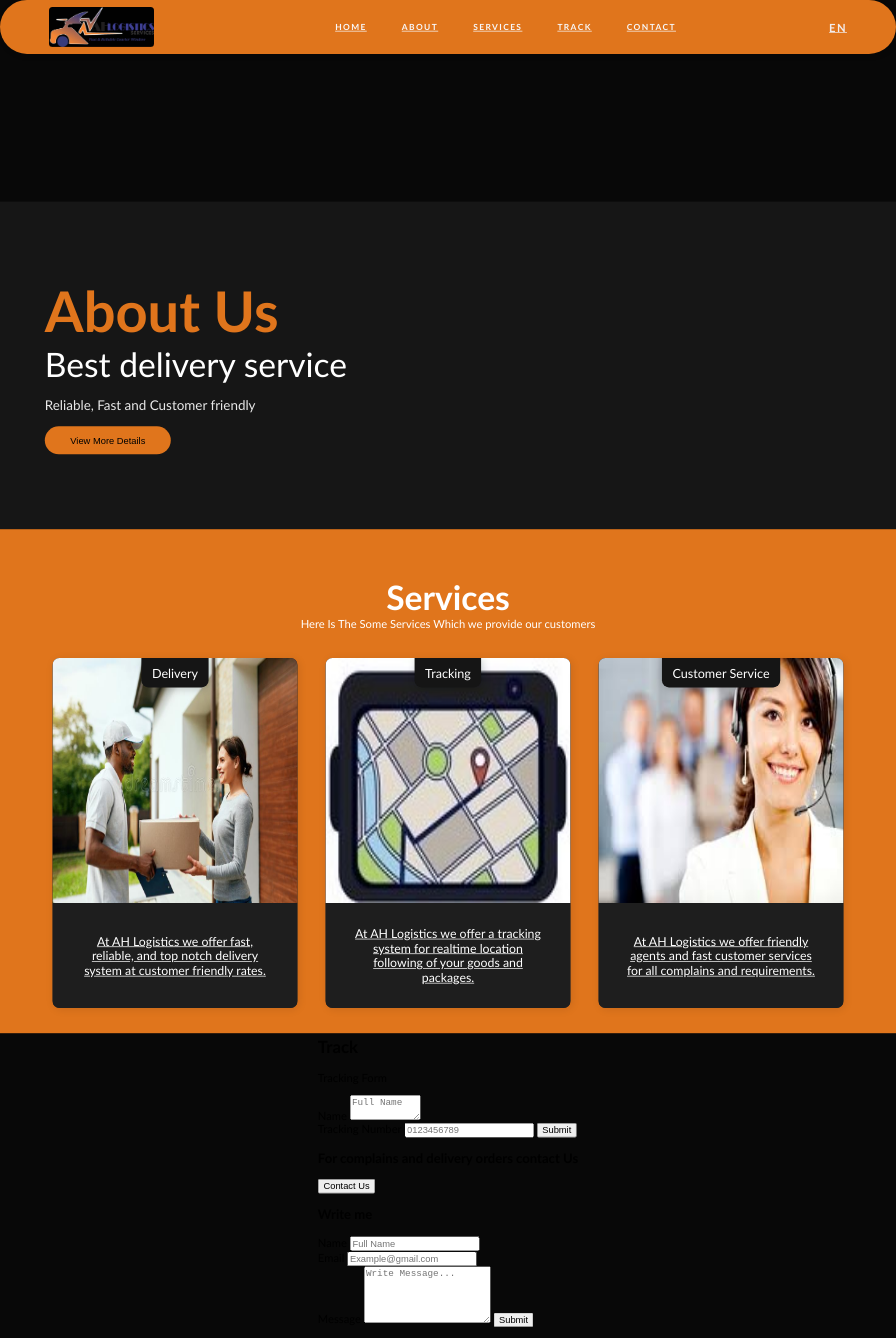
Repository: TheSecretlifeOfX/Ah-Logistics
Page: index.html
An editor plug-in stored every save of this project. The page is shown before and after the next save, followed by the edit.
The browser window is 1280 px wide. The pictures show the whole page, at 70% of full size.

Above is the page before, as saved 2022-03-02 14:42:05.

After the next save:
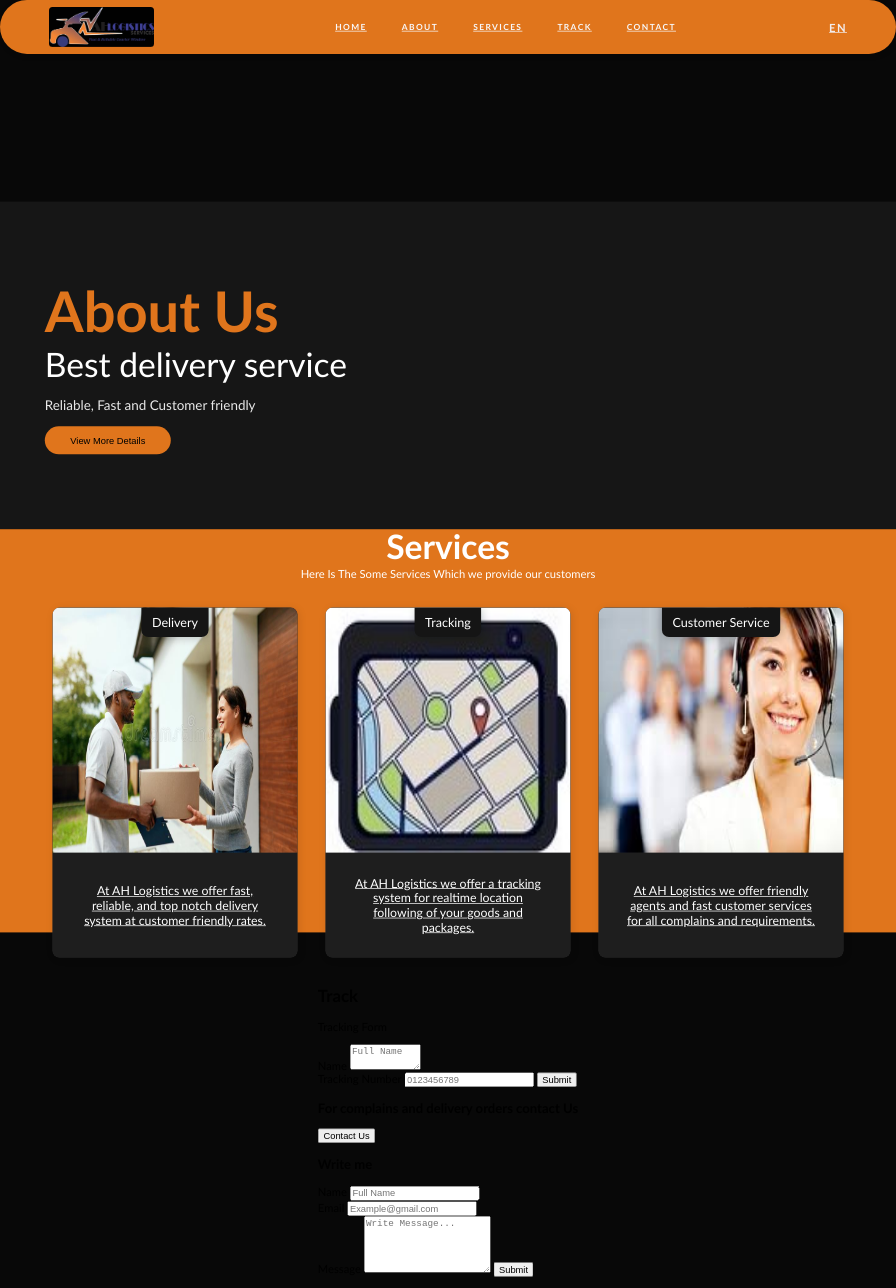
Saved 30 s later.
--- a/css/home.css
+++ b/css/home.css
@@ -113,7 +113,7 @@
 			}
 			#services{
 				width:100%;
-			height:100vh;
+			height:80vh;
 			box-sizing: border-box;
 			font-family: calibri;
 			display: flex;

After the save that followed:
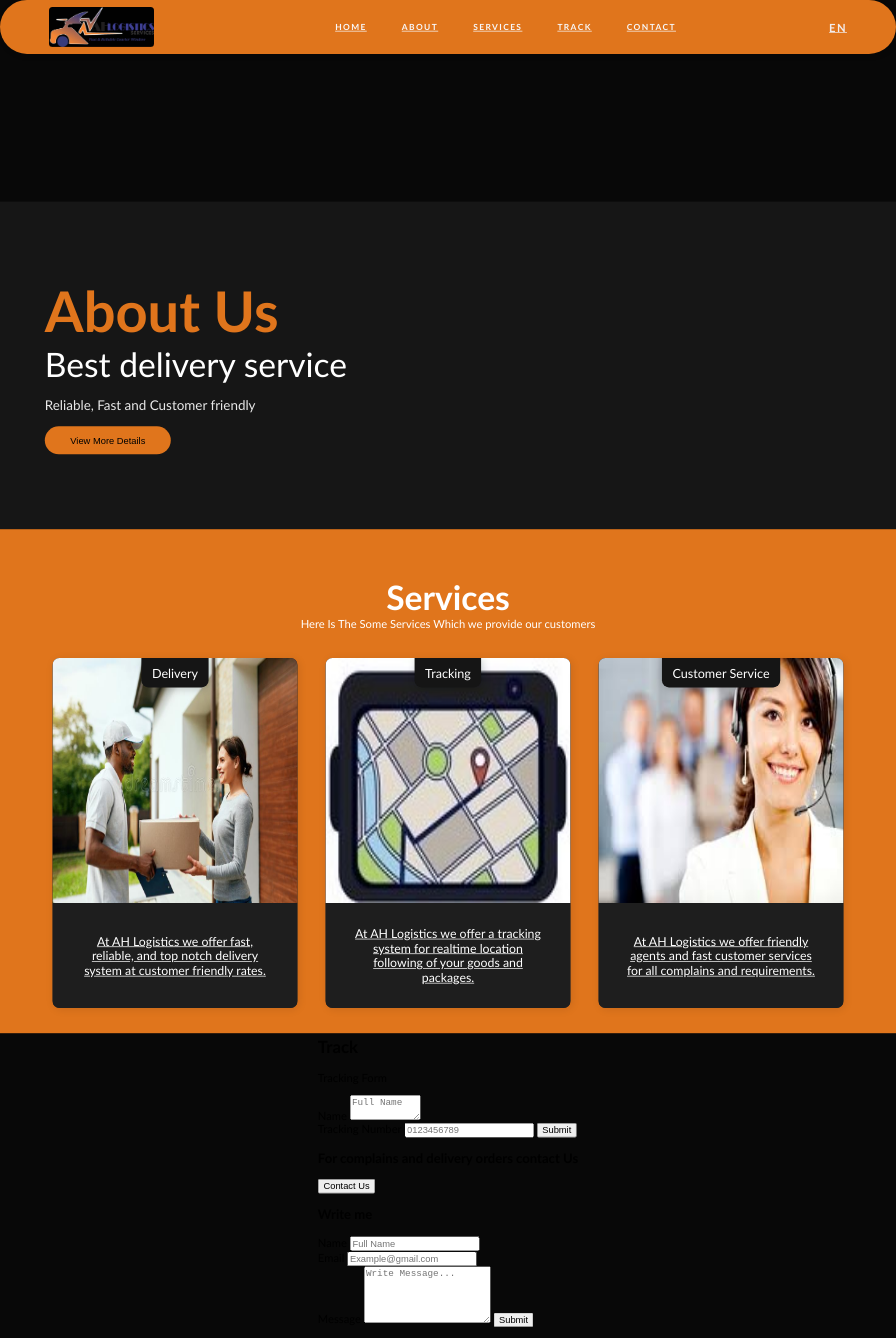
Saved 30 s later.
--- a/css/home.css
+++ b/css/home.css
@@ -113,7 +113,7 @@
 			}
 			#services{
 				width:100%;
-			height:80vh;
+			height:100vh;
 			box-sizing: border-box;
 			font-family: calibri;
 			display: flex;
